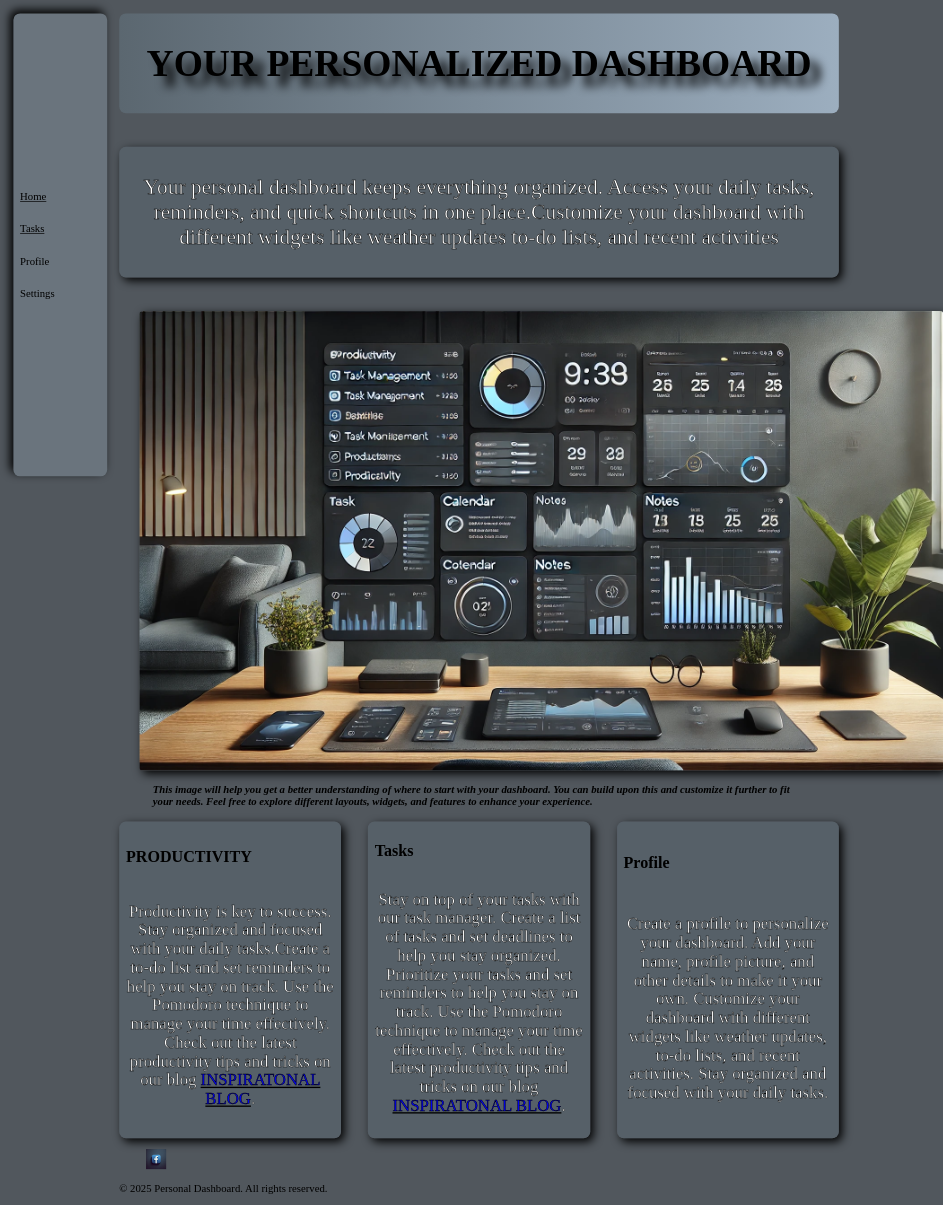
Repository: Parnicoza/testecomplete
Page: testcomplet-14.html
These files come from the project's save history. The page is drawn as it stood at one moment and after the next save; the edit follows.
The browser window is 1280 px wide. The page is 1408 px wide, so the pictures cover 1408 px, including what lies to the right of the window. The pictures show the whole page, at 67% of full size.

Above is the page before, as saved 2025-03-02 13:53:22.

### testcomplet-14.html
<!DOCTYPE html>
<html lang="en">

<head>
    <title>Personal Dashboard</title>
    <link rel="stylesheet" href="stilizaretestcomplet-14.css">
    <link rel="icon" href="imaginitestecomplete/dashboard.ico">
    <meta name="viewport" content="width=device-width, initial-scale=1.0">
</head>

<body>
    <div class="background-for-the-heading" id="Home">
        <h1 class="main-heading">Your Personalized Dashboard</h1>
    </div>

    <div class="thesamebackground">
        <p class="paragraph-gradient">Your personal dashboard keeps everything organized. Access your daily tasks,
            reminders, and quick shortcuts in one place.Customize your dashboard with different widgets like weather
            updates to-do lists, and recent activities</p>
    </div>

    <div class="divimage">
        <figure>
            <img src="imaginitestecomplete/productivity.jpg" alt="productivity image" width="1200" class="image"
                title="Productivity image" usemap="#dashboard-map" id="Tasks">
            <map name="dashboard-map">
                <area shape="rect" coords="341,127,487,280" href="https://blog.productivity.directory/"
                    alt="Productivity blog" target="_blank">
                <area shape="rect" coords="670,134,825,280" href="https://blog.productivity.directory/"
                    alt="Productivity blog" target="_blank">
            </map>
            <figcaption class="figcaption">This image will help you get a better understanding of where to start with
                your dashboard.
                You can build upon this and customize it further to fit your needs.
                Feel free to explore different layouts, widgets, and features to enhance your experience.
            </figcaption>
        </figure>
    </div>

    <div class="Dashboard">
        <div class="sidebar">
            <ul class="list">
                <li><a href="#Home" class="home" title="Press here to go to home page">Home</a></li>
                <li><a href="#Tasks" class="home" title="Click here to go to Tasks">Tasks</a></li>
                <li>Profile</li>
                <li>Settings</li>
            </ul>
        </div>
    </div>

    <div class="BLOCKS">
        <div class="blocks"> <!--Acesta este primul block-->
            <h2 class="headingforblock">Productivity</h2>
            <p class="paragraph-gradient1">Productivity is key to success. Stay organized and focused with your daily
                tasks.Create a to-do list and set reminders to help you stay on track. Use the Pomodoro technique to
                manage your time effectively. Check out the latest productivity tips and tricks on our blog
                <a href="https://blog.productivity.directory/" target="_blank"
                    title="Press here to find more tips and tricks">INSPIRATONAL BLOG</a>.
            </p>
        </div>

        <div class="blocks2"><!--Acesta este al doilea block-->
            <h2 class="heading">Tasks</h2>
            <p class="paragraph-gradient1">Stay on top of your tasks with our task manager. Create a list of tasks and
                set deadlines to help you stay organized. Prioritize your tasks and set reminders to help you stay on
                track. Use the Pomodoro technique to manage your time effectively. Check out the latest productivity
                tips and tricks on our blog
                <a href="https://blog.productivity.directory/" target="_blank"
                    title="Press here to find more tips and tricks">INSPIRATONAL BLOG</a>.
            </p>
        </div>

        <div class="blocks3"><!--Acesta este al treilea block-->
            <h2 class="heading">Profile</h2>
            <p class="paragraph-gradient1">Create a profile to personalize your dashboard. Add your name, profile
                picture,
                and other details to make it your own. Customize your dashboard with different widgets like weather
                updates, to-do lists, and recent activities. Stay organized and focused with your daily tasks.
            </p>

        </div>
    </div>

    <div class="footer">
        <footer>
            <div class="social-media">
                <ul style="list-style-type: none;">
                    <li><a href="https://www.facebook.com/parnica.abaza.5" target="_blank" title="Join my Facebook"><img
                                src="imaginitestecomplete/facebook.jpg" height="30px"></a></li>

                </ul>
            </div>
            <p class="footer-text">© 2025 Personal Dashboard. All rights reserved.</p>
        </footer>
    </div>
</body>

</html>

### stilizaretestcomplet-14.css
body{
    background-color:#51575D;
}

.main-heading{
    text-align: center;
    text-transform: uppercase;
    text-shadow: 15px 15px 15px black;
    font-size: 3.5em;
    color: black;
}

.background-for-the-heading{
    background: linear-gradient(to right, #5B6770, #9CAEBF);
    margin: 20px;
    padding: 5px;
    border-radius: 10px;
    margin-left: 170px;
}

.thesamebackground{
    background-color: rgba(91, 103, 112, 0.6) ;
    margin-left: 170px;
    margin-top: 50px;
    text-align: center;
    padding: 10px;
    border-radius: 10px;
    box-shadow: 5px 5px 15px black;
    margin-right: 20px;
}

.paragraph-gradient{
    color: #ffff;
    font-size: 2em;
    -webkit-text-stroke: 0.7px black;
    text-align: center;
}

.quote{
    border: 1px dotted black;
    padding: 10px;
    margin-left: 150px;
}

.divider{
    border: none;
    height: 4px;
    background-color: lightgray;
    border: 3px dotted black;
    margin: 14px;
    margin-left: 150px;
}

.image{
    border-radius: 5px;
    box-shadow: 5px 5px 15px black;
    display: block;
    margin: 0 auto;
}

.picture{
    margin-left: 160px;
}

.Dashboard{
    display: flex;
}

.sidebar{
    display: flex;
    flex-direction: column;
   width: 140px;
   position: fixed;
   left: 0;
   top: 0;
   height: 96vh;
   justify-content: center;
   margin: 20px;
   background-color: #6A747D;
    border-radius: 10px;
    box-shadow: -5px -5px 15px black;

}

.list{
    list-style-type: none;
    display: flex;
    flex-direction: column;
    gap: 30px;
    padding: 0;
    margin-left: 10px;
}

.container{
    margin-left: 160px;
}

.divimage{
    display: block;
    margin-left: 160px;
    margin-top: 50px;

}

.figcaption{
    font-style: italic;
    font-weight: bold;
    margin: 20px;
}

.home{
    color: black;
}

.BLOCKS{
    display: flex;
    flex-direction: row;
    justify-content: space-evenly;
    gap: 20px;
}
.blocks{
    display: flex;
    flex-direction: column;
    justify-content: space-evenly;
    width: 350px;
    margin-left: 170px;
    background-color: rgba(91, 103, 112, 0.6);
    box-shadow: 5px 5px 15px black;
    border-radius: 10px;
    padding: 10px;
    margin-right: 20px;
}

.blocks2{
    display: flex;
    flex-direction: column;
    justify-content: space-evenly;
    width: 350px;
    background-color: rgba(91, 103, 112, 0.6);
    box-shadow: 5px 5px 15px black;
    border-radius: 10px;
    padding: 10px;
    margin-right: 20px;
}

.blocks3{
    display: flex;
    flex-direction: column;
    justify-content: space-evenly;
    width: 350px;
    background-color: rgba(91, 103, 112, 0.6);
    box-shadow: 5px 5px 15px black;
    border-radius: 10px;
    padding: 10px;
    margin-right: 20px;
}
.headingforblock{
    text-align: left;
    text-transform: uppercase;
    font-weight: bold;
    color: black;
    display: flex;
}

.paragraph-gradient1{
    color: #ffff;
    -webkit-text-stroke: 0.6px black;
    font-size: 25px;
    text-align: center;
}

.footer{
    margin-left: 170px;
}

.footer

After the next save:
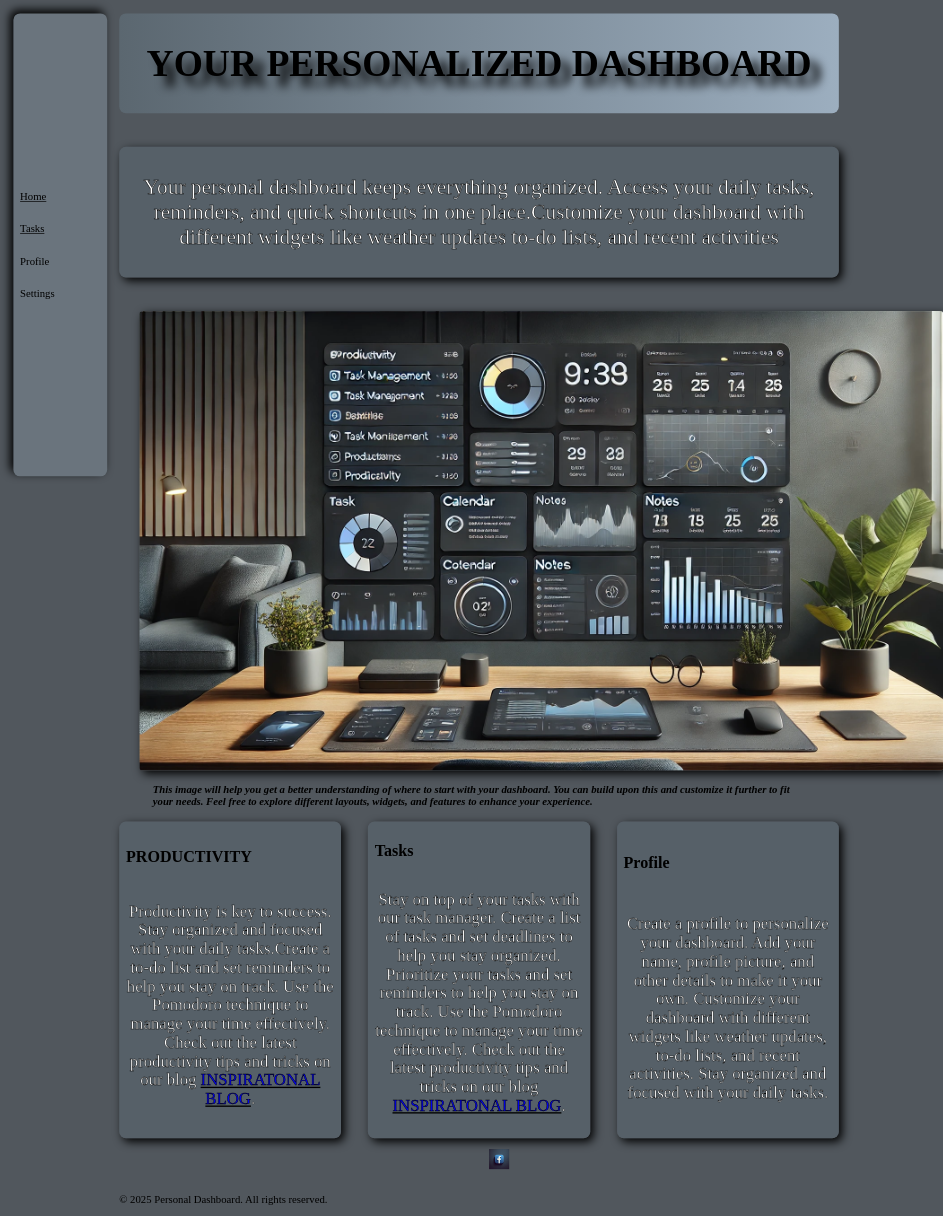
Saved 3 s later.
--- a/stilizaretestcomplet-14.css
+++ b/stilizaretestcomplet-14.css
@@ -173,4 +173,10 @@ body{
     margin-left: 170px;
 }
 
-.footer
+.social-media{
+    display: flex;
+    flex-direction: row;
+    justify-content: space-evenly;
+    gap: 20px;
+
+}
